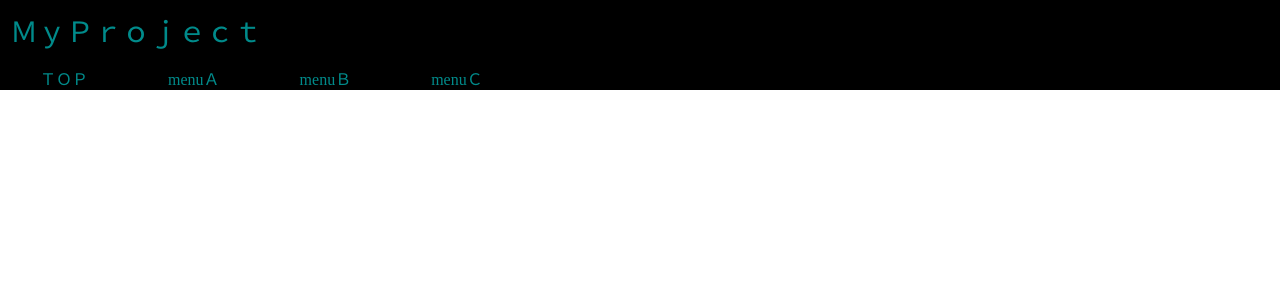
Repository: user10112018/test
Page: http://localhost/MyProject/2columns_flexbox.jsp
These files come from the project's save history. The page is drawn as it stood at one moment and after the next save; the edit follows.
The browser window is 1280 px wide. The pictures show the whole page.
The page is served by Tomcat 9. Other server files are loaded and not shown.

Above is the page before, as saved 2018-11-14 07:38:31.

### MyProject/WebContent/2columns_flexbox.jsp
<%@ page language="java" contentType="text/html; charset=UTF-8"
    pageEncoding="UTF-8"%>
<%@ taglib prefix="s" uri="/struts-tags" %>
<!DOCTYPE html>
<html>
<head>
<meta charset="UTF-8">
<meta http-equiv="Content-Style-Type" content="text/css"/>

<link rel="stylesheet" href="./css/style01.css">

<title>2columns</title>

<style>
/* =============== style ============= */

#left-box {


}

#right-box {



}


</style>

</head>

<body>
<!-- ============== ココカラ =============== -->

<!-- ==== header ===== -->
<header>

<div id="logo">ＭｙＰｒｏｊｅｃｔ</div>



<div id="menu">

<ul>
   <li>ＴＯＰ</li>
   <li>menuＡ</li>
   <li>menuＢ</li>
   <li>menuＣ</li>
</ul>

</div>

</header>

<!-- ==== main ===== -->

<main>

<div id="main-container">

<div id="left-box">

</div>


<div id="right-box">

</div>



</div>

</main>




</body>
</html>

### MyProject/WebContent/css/style01.css
@CHARSET "UTF-8";

body {
/* 	color: red; */
    color: #008b8b;
	font-family: 'メイリオ';
}


header{
/* 	position: absolute; だとスクロールで見えなくなる */
/* 	position: absolute; */
/* 	position: fixed; だとスクロールしても動かない */
	position: fixed;
	left: 0px;
	top: 0px;
	background-color: black;
	width: 100%;
}


#logo{
	font-size: 28px;
/* 	color: red; */
/* 	font-family:  */
    padding-top: 10px;
    padding-left: 10px;


}

#menu{
/* 	width: 100%; */
	heiht: 70px;
	background-color: black;
}

#menu ul{
/* 	padding-right: 20px; */

}

#menu ul li{
	float: left;
	list-style: none;
/* 	color: red; */
	font-size: 16px;
	padding-right: 80px;
/* 	text-align: left; */
    height: 24px;
}

main{
	clear: both;
}

#main-container{
	width: 90%;
	margin-top: 120px;
	margin-left: 30px;
/* 	left: 30px; */
}

footer{
	clear: both;
/* 	position: absolute; */
	bottom: 0px;
	left: 0px;
	background-color: black;
	width: 100%;
/* 	height: 24px; */
/* 	margin-top: 10px; */
/* 	margin-bottom: 0px; */
/* 	margin-left: 0px; */

/* 	margin: 0 auto; */
	text-align: center;

}

After the next save:
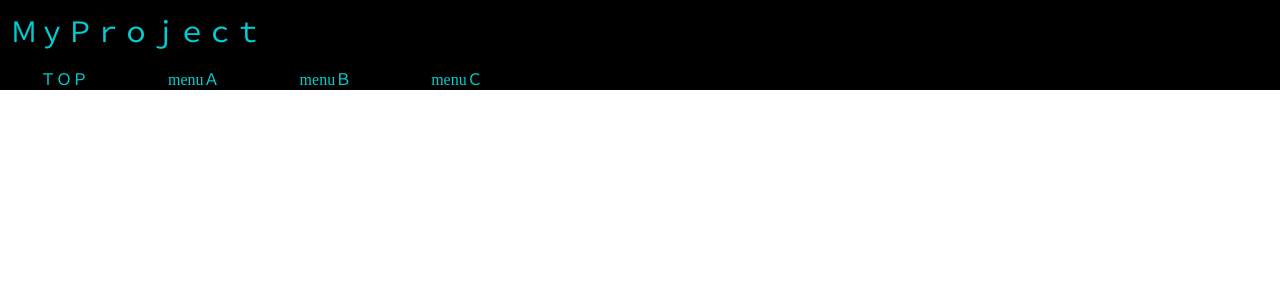
Saved 53 s later.
--- a/MyProject/WebContent/css/style01.css
+++ b/MyProject/WebContent/css/style01.css
@@ -2,7 +2,8 @@
 
 body {
 /* 	color: red; */
-    color: #008b8b;
+/*     color: #008b8b; */
+    color: #00ced1;
 	font-family: 'メイリオ';
 }
 
